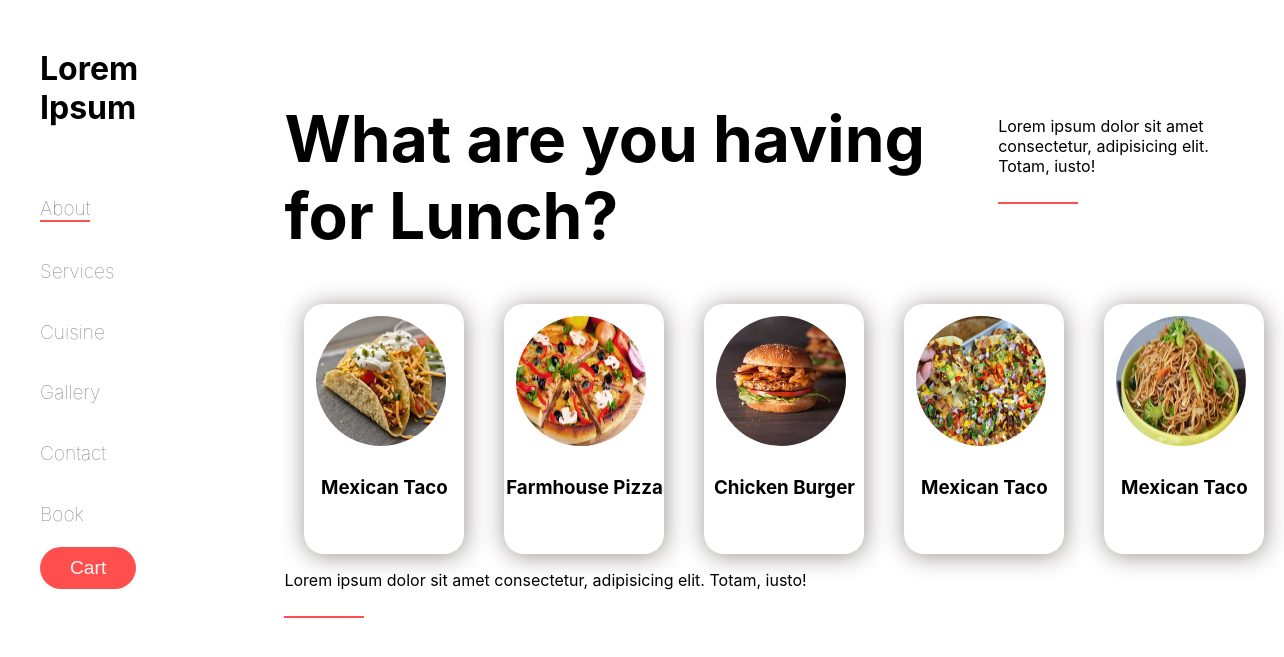
Repository: Marlstergo/assignment2
Page: /
The author's editor kept a copy of each file at every save. The page is drawn from the files as they stood at one save, then again after the next save.
The browser window is 1280 px wide. The page is 1284 px wide, so the pictures cover 1284 px, including what lies to the right of the window. The pictures show the whole page.
The project was rebuilt for these pictures with package versions that can differ from the ones it lists, and the page was loaded fresh each time.

Above is the page before, as saved 2021-07-28 15:22:41.

### src/App.js
import logo from "./logo.svg";
import "./App.css";

import Nachos from "./asset/nachos.png";
import Taco from "./asset/taco.png";
import Noodles from "./asset/noodles.png";
import Pizza from "./asset/pizza.png";
import Chicken from "./asset/chicken.png";

function App() {
  return (
    <div className="container">
      <div className="full">
        <div className="sidebar">
          <div className="logo">
            <h1>Lorem</h1>

            <h1> Ipsum</h1>
          </div>
          <div className="items">
            <div className="item ">
              <h2 id="currnet">About</h2>
            </div>
            <div className="item">
              <h2 className="">Services</h2>
            </div>
            <div className="item">
              <h2 className="">Cuisine</h2>
            </div>
            <div className="item">
              <h2 className="">Gallery</h2>
            </div>
            <div className="item">
              <h2 className="">Contact</h2>
            </div>
            <div className="item">
              <h2 className="">Book</h2>
            </div>
            <div className="item">
              <button className="button">Cart</button>
            </div>
          </div>
        </div>
        <div className="main-view">
          <div className="hero">
            <div className="title">
              <h1 className="">What are you having for Lunch?</h1>
            </div>
            <div className="paragraph">
              <p className="">
                Lorem ipsum dolor sit amet consectetur, adipisicing elit. Totam,
                iusto!
              </p>
              <div className="divider" />
            </div>
          </div>
          <div className="row">
            <div className="cell">
              <div className="imagediv">
                {/* image */}
                <img src={Taco} alt="tago" className="" />
              </div>
              <div className="text-field">
                <h3 className="">Mexican Taco</h3>
              </div>
            </div>
            <div className="cell">
              <div className="imagediv">
                <img src={Pizza} alt="pizza" className="" />
                {/* image */}
              </div>
              <div className="text-field">
                <h3 className="">Farmhouse Pizza</h3>
              </div>
            </div>
            <div className="cell">
              <div className="imagediv">
                {/* image */}
                <img src={Chicken} alt="chicken" className="" />
              </div>
              <div className="text-field">
                <h3 className="">Chicken Burger</h3>
              </div>
            </div>
            <div className="cell">
              <div className="imagediv">
                {/* image */}
                <img src={Nachos} alt="nachos" className="" />
              </div>
              <div className="text-field">
                <h3 className="">Mexican Taco</h3>
              </div>
            </div>
            <div className="cell">
              <div className="imagediv">
                {/* image */}
                <img src={Noodles} alt="noodles" className="" />
              </div>
              <div className="text-field">
                <h3 className="">Mexican Taco</h3>
              </div>
            </div>
          </div>
          <div className="footerparagraph">
            <div className="paragraph2">
              <p className="">
                Lorem ipsum dolor sit amet consectetur, adipisicing elit. Totam,
                iusto!
              </p>
              <div className="divider" />
            </div>
          </div>
        </div>
      </div>
    </div>
  );
}

export default App;

### src/App.css
.container {
  height: 100vh;
  width: 100%;
  /* padding-left: 1.5rem;
  padding-right: 1.5rem; */
}

@media screen and (min-width: 640px) {
  .container {
    max-width: 640px;
    margin: 0 auto;
  }
}

@media screen and (min-width: 768px) {
  .container {
    max-width: 768px;
  }
  .sidebar {
    display: none;
  }
}

@media screen and (min-width: 1024px) {
  .container {
    max-width: 1024px;
    /* padding-left: 4rem;
    padding-right: 4rem; */
  }
}

@media screen and (min-width: 1280px) {
  .container {
    max-width: 1280px;
    /* padding-left: 5rem;
    padding-right: 5rem; */
  }
  .sidebar {
    display: none;
  }
}

@media screen and (min-width: 1536px) {
  .container {
    max-width: 1536px;
  }
}

.full {
  display: grid;
  grid-template-columns: repeat(9, minmax(0, 1fr));
  height: 100%;
}

.sidebar {
  grid-column: span 2 / span 2;
  padding-left: 40px;
  /* margin: auto 0; */
}
.logo {
  height: 175px;
  display: flex;
  /* align-items: center; */
  flex-direction: column;
  justify-content: center;
}

.items {
}

.item {
  color: rgb(101, 106, 104);
  font-weight: 100;
  margin: 5px 0px;
  /* font-size: ; */
  display: flex;
}
.item h2 {
  font-weight: 100;
  font-size: larger;
}

.button {
  padding: 10px 30px;
  font-size: larger;
  border-radius: 50px;
  background-color: rgb(255, 78, 78);
  border: 0;
  color: whitesmoke;
}

.logo h1 {
  padding: auto auto;
}

.main-view {
  grid-column: span 7 / span 7;
}

.row {
  display: inline-flex;
  /* overflow: scroll; */
}

.hero {
  margin: 50px 0px;
  margin-top: 100px;
  display: grid;
  grid-template-columns: repeat(9, minmax(0, 1fr));
}
.paragraph {
  grid-column: span 3 / span 3;
  padding: 0 50px;
  border: 10px;
}

.divider {
  border-bottom: 2px solid rgb(255, 78, 78);
  /* border-color: rgb(255,78,78); */
  width: 80px;
  height: 10px;
}

.title {
  grid-column: span 6 / span 6;
  font-size: 2rem;
}

h1 {
  margin: 0;
}

.cell {
  margin-left: 20px;
  margin-right: 20px;
  /* background-color: aqua; */
  border-radius: 20px;
  height: 250px;
  width: 160px;
  box-shadow: 1px 2px 24px rgb(158, 148, 148);
}
.cell h3 {
  /* width: 100%; */
  margin: 0 auto;
}

.text-field {
  /* width: 100%; */
  /* margin: auto; */
  margin: 30px 0;
  display: flex;
}

.imagediv {
  margin: 12px;
  height: 130px;
  width: 130px;
  border-radius: 100%;
  overflow: hidden;
  display: flex;
  justify-content: center;
  align-items: center;
}

img {
  width: 100%;
  height: 100%;
}

#currnet {
  border-bottom: 2px solid rgb(255, 78, 78);
  text-decoration: underline;
  text-decoration: rgb(255, 78, 78);
}

@media screen and (max-width: 480px) {
  .main-view {
    grid-column: span 9 / span 93;
  }
  .sidebar {
    background-color: lightgreen;
    display: none;
  }
  .hero {
    display: block;
  }
  .paragraph {
    display: none;
  }
  .row {
    display: grid;
    grid-template-columns: repeat(2, minmax(0, 1fr));
    gap: 10px;
  }
}
@media screen and (min-width: 481px) {
  .sidebar{
    display: block;
  }
}

Loaded but not shown: public/index.html (common file); src/index.js (common file); src/index.css (common file); src/reportWebVitals.js (common file)

After the next save:
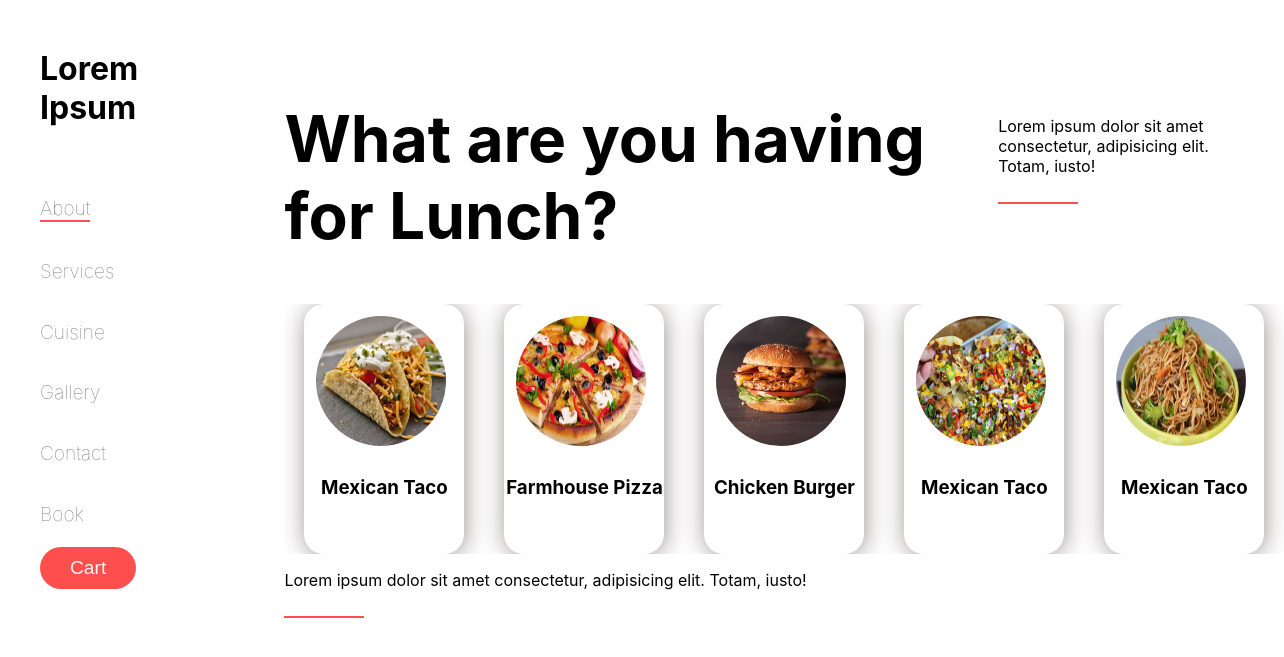
Saved 57 s later.
--- a/src/App.css
+++ b/src/App.css
@@ -99,7 +99,7 @@
 
 .row {
   display: inline-flex;
-  /* overflow: scroll; */
+  overflow: scroll;
 }
 
 .hero {
